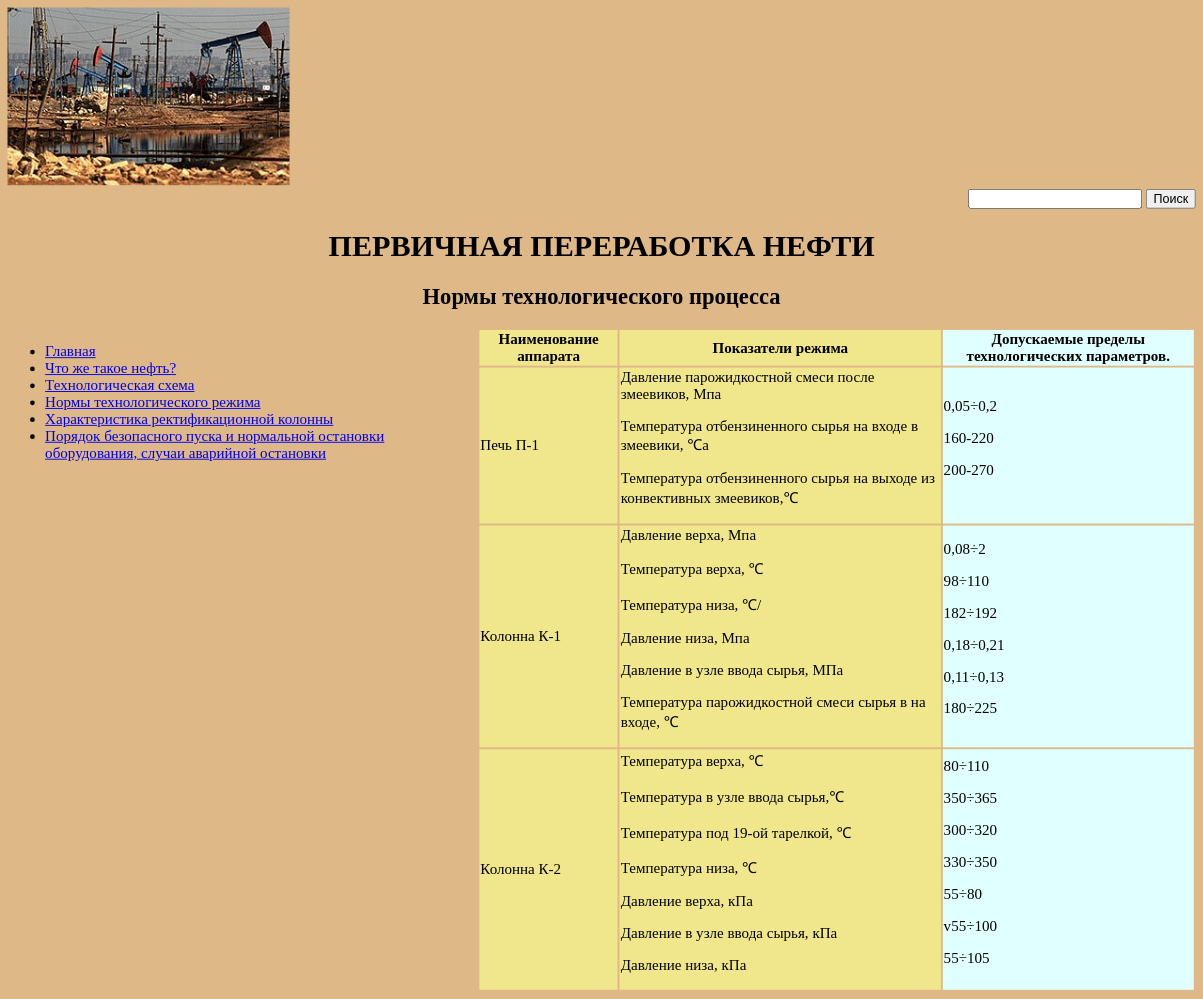
Repository: NastyaSeleznev/NastyaSeleznev.githab.io
Page: week1/norm.html
The author's editor kept a record of every edit. The page is drawn from the files as they stood at one moment, then again after the next edit.
The browser window is 1280 px wide. The pictures show the whole page, at 94% of full size.

Above is the page before.

After the next edit:
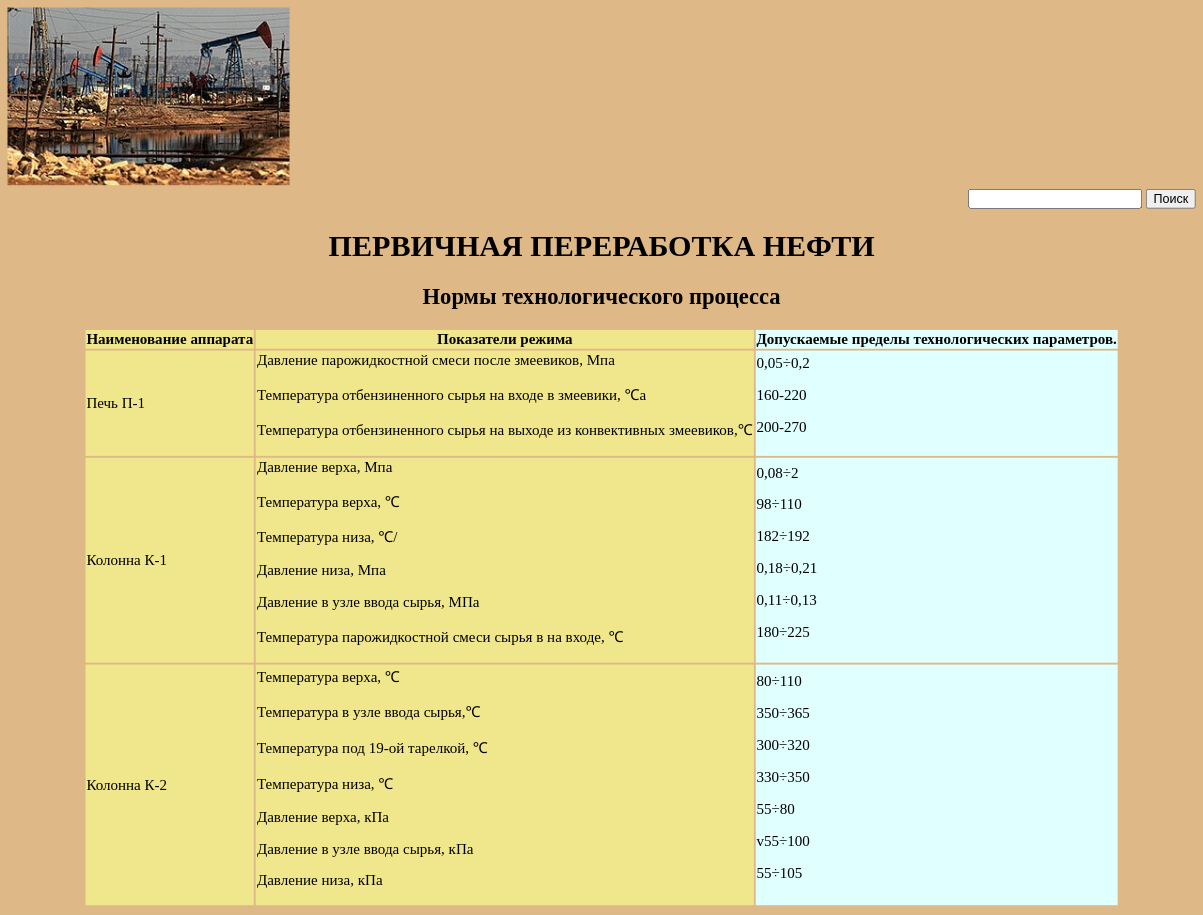
The edit:
--- a/week1/norm.html
+++ b/week1/norm.html
@@ -15,17 +15,6 @@
 		<h1 align="center">ПЕРВИЧНАЯ ПЕРЕРАБОТКА НЕФТИ</h1>
 			</header>
 				<h2 align="center">Нормы технологического процесса</h2>
-				<div id="flex"
-			<nav>
-					<ul>
-	<li><a href="index.html">Главная</a></li>
-	<li><a href="nevti.html">Что же такое нефть?</a></li>
-	<li><a href="sxem.html">Технологическая схема</a></li>
-	<li><a href="norm.html">Нормы технологического режима</a></li>
-	<li><a href="harakter.html">Характеристика ректификационной колонны</a></li>
-	<li><a href="por.html">Порядок безопасного пуска и нормальной остановки оборудования, случаи аварийной остановки</a></li>
-	</ul>
-	</nav>
 				<main>
 				  <table align="center">
 				  <colgroup>
